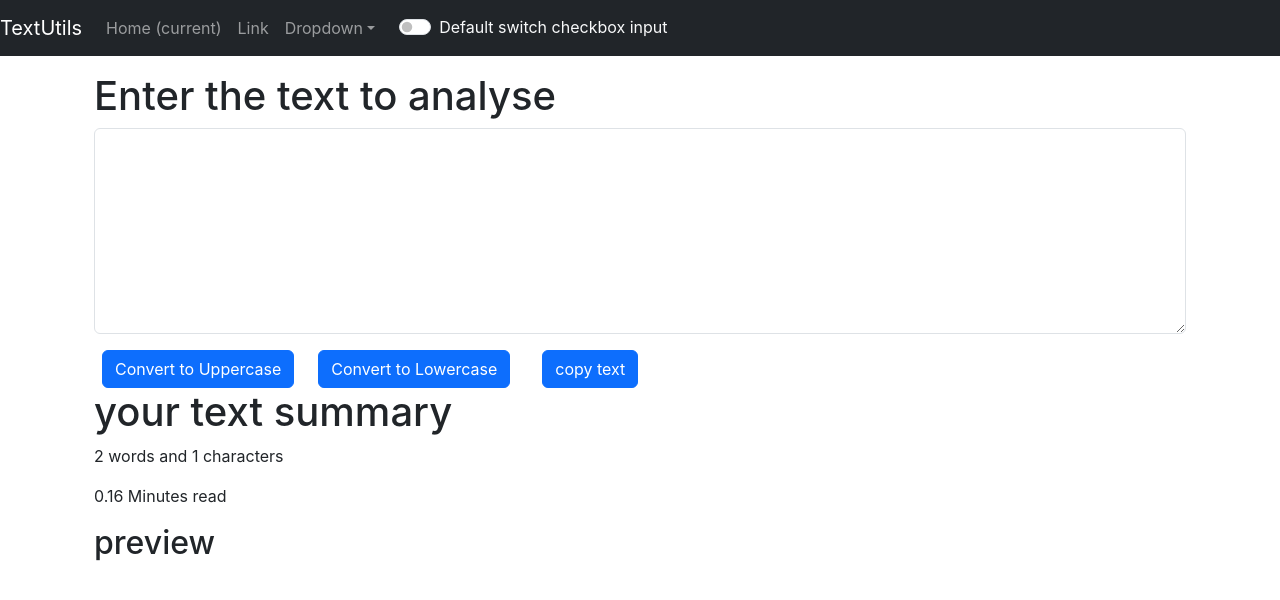
Repository: Aastha1035/React.navbar
Page: /
These files come from the project's save history. The page is drawn as it stood at one moment and after the next save; the edit follows.
The browser window is 1280 px wide. The pictures show the whole page.
The project was rebuilt for these pictures with package versions that can differ from the ones it lists, and the page was loaded fresh each time. Also part of the build but not shown: src/App.css.

Above is the page before, as saved 2024-07-17 22:35:44.

After the next save:
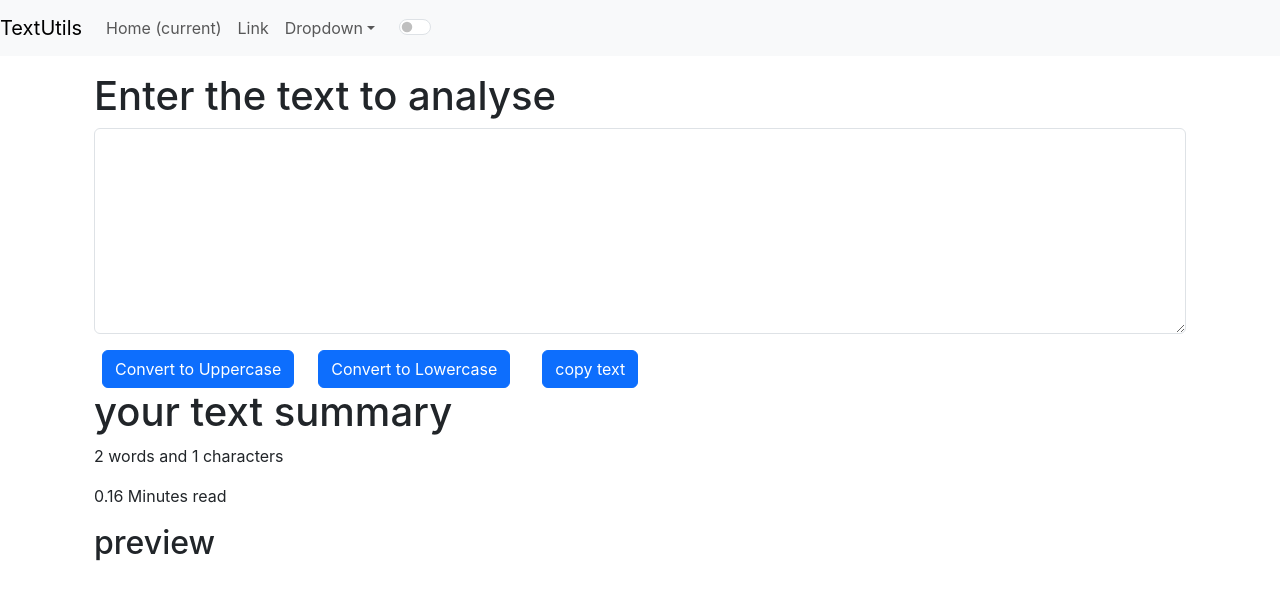
Saved 83 s later.
--- a/src/components/Navbar.js
+++ b/src/components/Navbar.js
@@ -2,7 +2,7 @@ import React from 'react'
 
 export default function Navbar(props) {
   return (
-    <nav className={`navbar navbar-expand-lg navbar-dark bg-dark`}>
+    <nav className={`navbar navbar-expand-lg navbar-${props.mode} bg-${props.mode}`}>
   <a className="navbar-brand" href="#">{props.title}</a>
   <button className="navbar-toggler" type="button" data-toggle="collapse" data-target="#navbarSupportedContent" aria-controls="navbarSupportedContent" aria-expanded="false" aria-label="Toggle navigation">
     <span className="navbar-toggler-icon"></span>
